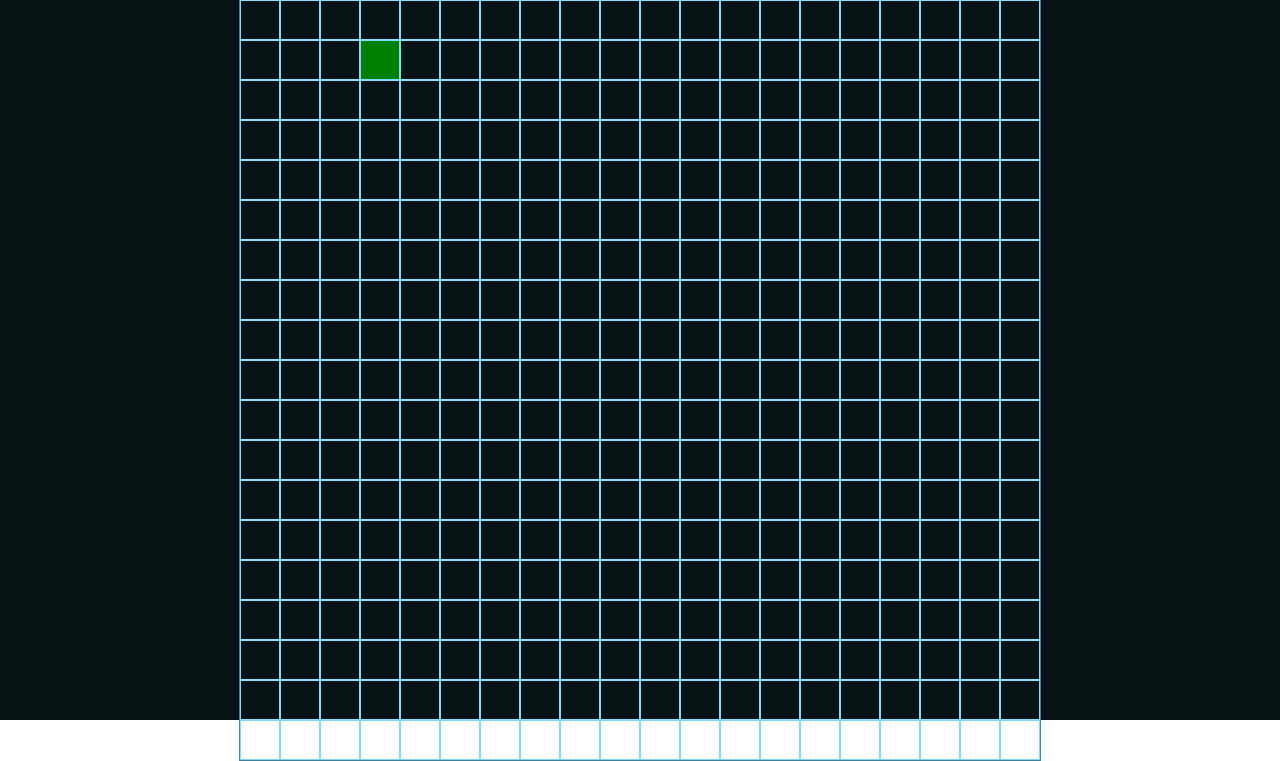
Repository: rehans-Life/linkedlist-snake-game
Page: /
An editor plug-in stored every save of this project. The page is shown before and after the next save, followed by the edit.
The browser window is 1280 px wide. The pictures show the whole page.
The project was rebuilt for these pictures with package versions that can differ from the ones it lists, and the page was loaded fresh each time. The framework's server and built-in components were replaced by stand-ins that run in the browser. Also part of the build but not shown: next.config.js.

Above is the page before, as saved 2023-04-15 12:29:32.

After the next save:
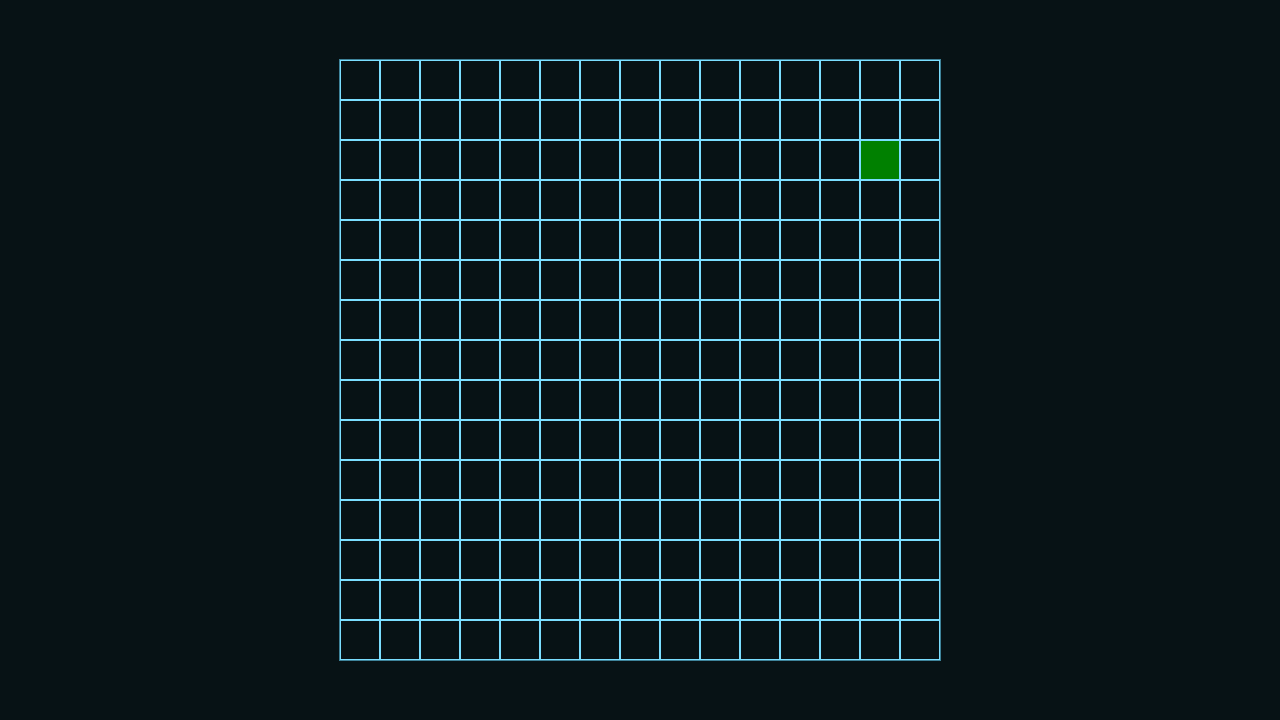
Saved 10 s later.
--- a/components/Board.jsx
+++ b/components/Board.jsx
@@ -22,7 +22,7 @@ class SinglyLinkedList {
 }
 
 export default function Board() {
-  const [board, setBoard] = useState(createBoard(20));
+  const [board, setBoard] = useState(createBoard(15));
 
   // A set to store the values of all snake cells intially our snake will be of size
   // one cell and start from the 44th cells
